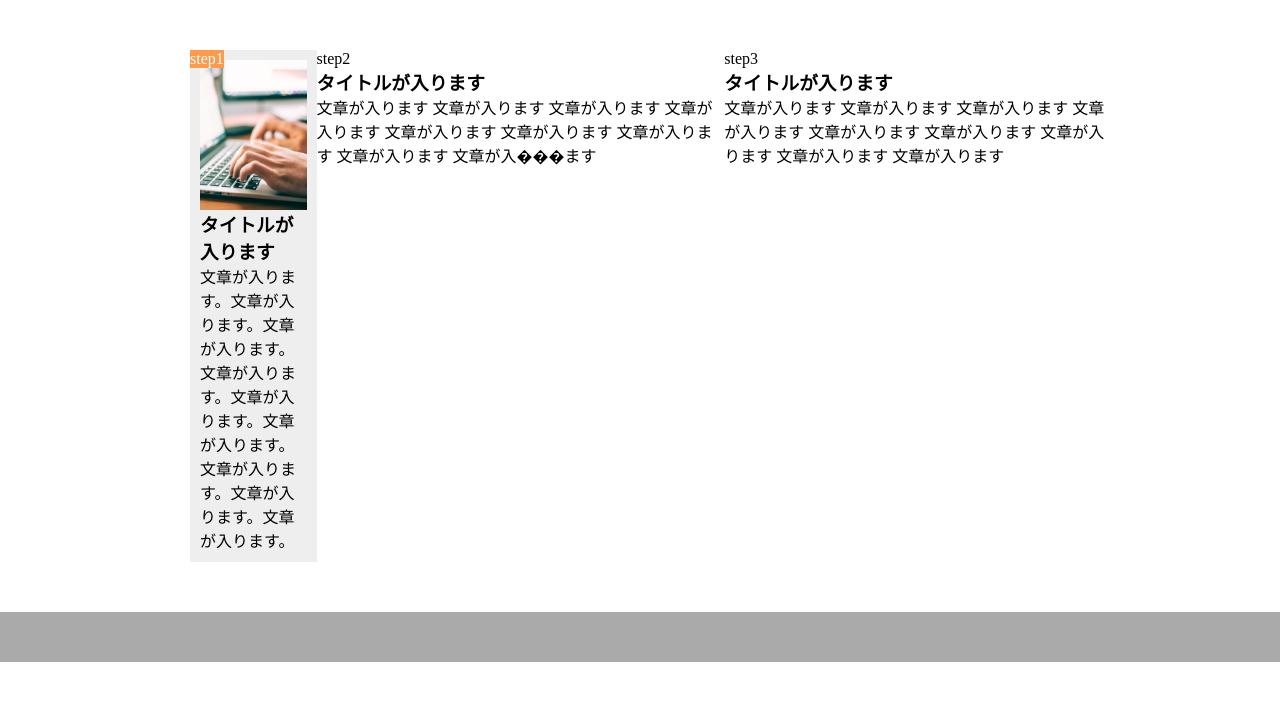
Repository: shizuki-okuma/dmm-webcamp
Page: chapter9_exercise/chapter9_exercise.html
The author's editor kept a record of every edit. The page is drawn from the files as they stood at one moment, then again after the next edit.
The browser window is 1280 px wide. The pictures show the whole page.

Above is the page before.

### chapter9_exercise/chapter9_exercise.html
<!DOCTYPE html>
<html lang="ja">
  <head>
    <meta charset="UTF-8" />
    <!-- CSSファイルの読み込み -->
    <link rel="stylesheet" href="style.css" />
    <title>chapter9_exercise</title>
  </head>

  <body>
    <head>
    </head>
    <main>
      <div class="step-box">
        <span class="step-num">step1</span>
        <div class="step-img1"></div>
        <h3>タイトルが入ります</h3>
        <p>文章が入ります。文章が入ります。文章が入ります。文章が入ります。文章が入ります。文章が入ります。文章が入ります。文章が入ります。文章が入ります。</p>
      </div>

      <div class="main-box2">
        <span class="icon">step2</span>
        <div class="image2"></div>
        <h3 class="heading">タイトルが入ります</h3>
        <p>文章が入ります 文章が入ります 文章が入ります 文章が入ります 文章が入ります 文章が入ります 文章が入ります 文章が入ります 文章が入���ます</p>
      </div>

      <div class="main-box3">
        <span class="icon">step3</span>
        <div class="image3"></div>
        <h3>タイトルが入ります</h3>
        <p>文章が入ります 文章が入ります 文章が入ります 文章が入ります 文章が入ります 文章が入ります 文章が入ります 文章が入ります 文章が入ります</p>
      </div>
    </main>
    <footer>

    </footer>

  </body>
</html>

### chapter9_exercise/style.css
* {
  margin: 0;
  padding: 0;
  box-sizing: border-box;
}

header {
  background-color: #FF9a4b;
  height: 50px;
}
main {
  width: 960px;
  display: flex;
  margin: 50px auto;
}
.step-box {
  width: 300px;
  margin-left: 30px;
  padding: 10px;
  position: relative;
  background-color: #eee;
}
.step-box:last-child {
  margin-right: 0;
}
.step-img1 {
  height: 150px;
  background-image: url(img/flow01.png);
  background-position: bottom;
  background-size: cover;
}
.step-img2 {
  height: 150px;
  background-image: url(img/flow02.png);
  background-position: bottom;
  background-size: cover;
}
.step-img3 {
  height: 150px;
  background-image: url(img/flow03.png);
  background-position: bottom;
  background-size: cover;
}
.step-num {
  position: absolute;
  top: 0;
  left: 0;
  background-color: #ff9a4b;
  color: #fff;
}
.title {
  margin: 15px 0 5px;
}
footer {
  background-color: #aaa;
  height: 50px;
}

After the next edit:
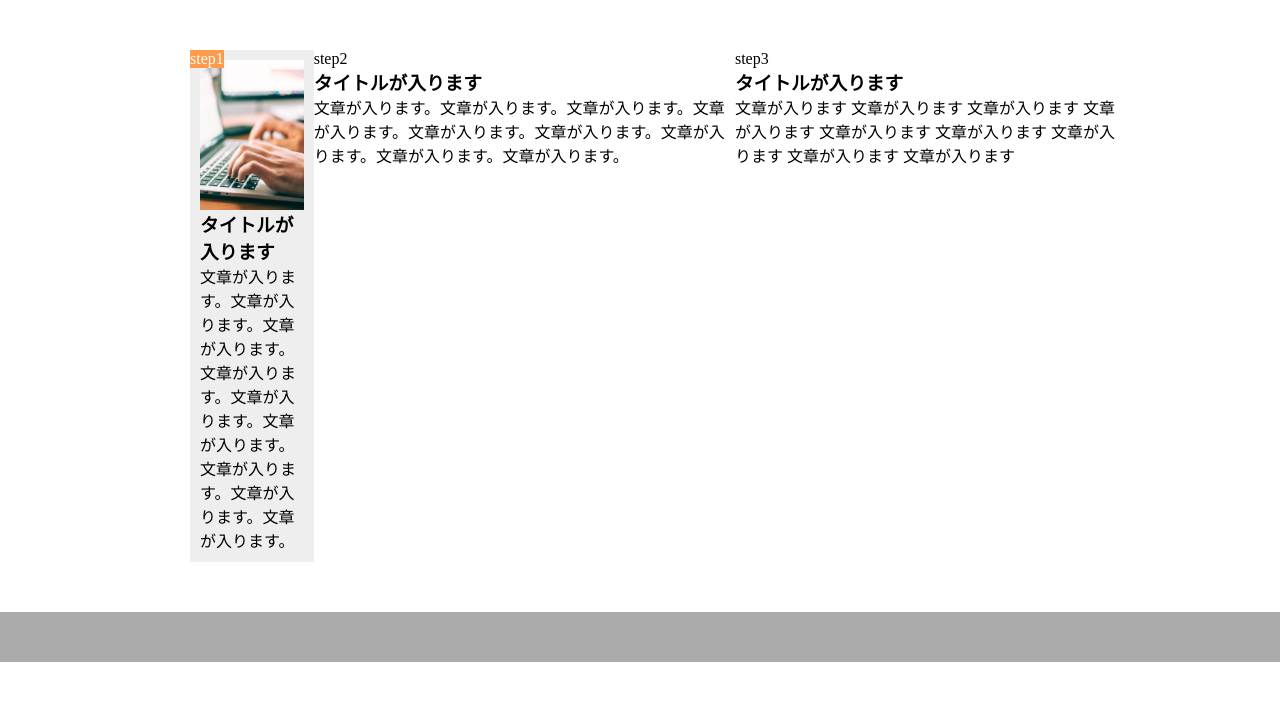
The edit:
--- a/chapter9_exercise/chapter9_exercise.html
+++ b/chapter9_exercise/chapter9_exercise.html
@@ -22,7 +22,7 @@
         <span class="icon">step2</span>
         <div class="image2"></div>
         <h3 class="heading">タイトルが入ります</h3>
-        <p>文章が入ります 文章が入ります 文章が入ります 文章が入ります 文章が入ります 文章が入ります 文章が入ります 文章が入ります 文章が入���ます</p>
+        <p>文章が入ります。文章が入ります。文章が入ります。文章が入ります。文章が入ります。文章が入ります。文章が入ります。文章が入ります。文章が入ります。</p>
       </div>
 
       <div class="main-box3">
